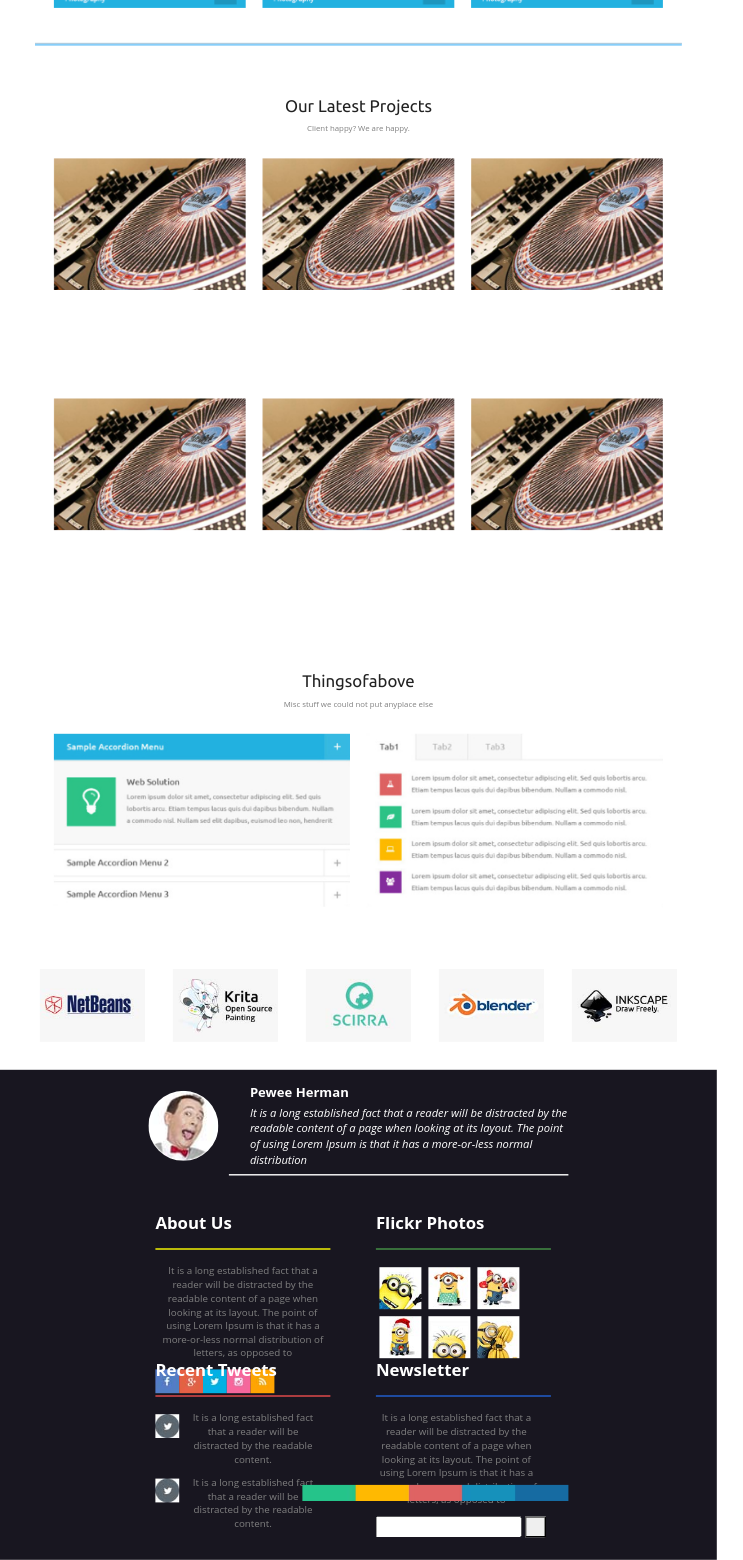
Repository: RenataDzotova/Metrolics-Renata-Beyonce
Page: index.html
These files come from the project's save history. The page is drawn as it stood at one moment and after the next save; the edit follows.
The browser window is 1024 px wide. The page is 1062 px wide, so the pictures cover 1062 px, including what lies to the right of the window. The pictures show the part of the page from y = 1646 to 3886 px (the page is 3874 px tall before and 3886 px after), at 70% of full size.
Some web fonts or font styles are not loaded; a fallback is used.

Above is the page before, as saved 2022-02-02 18:02:16.

After the next save:
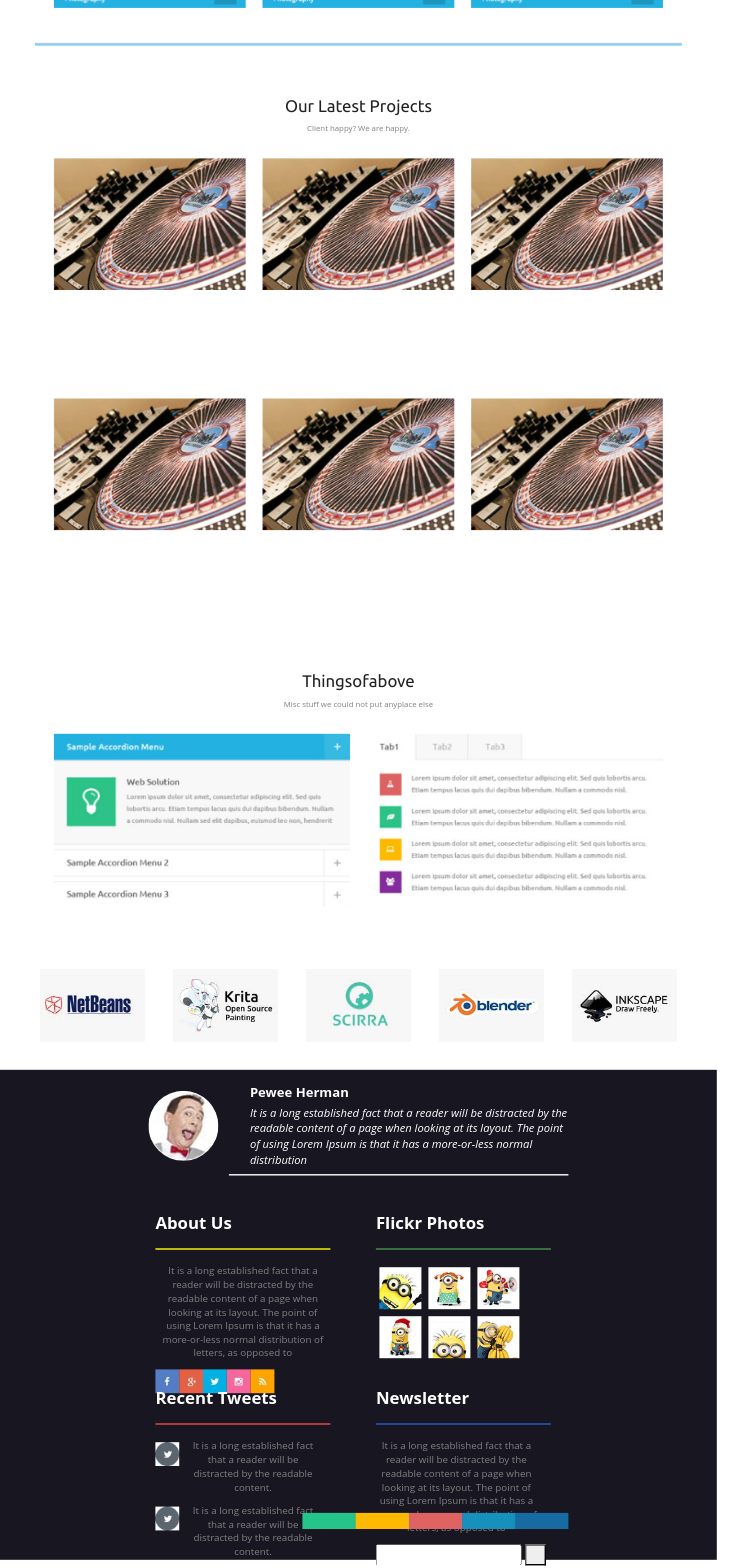
Saved 10 s later.
--- a/css/renata.css
+++ b/css/renata.css
@@ -393,7 +393,7 @@
         grid-template-columns: auto auto;
         grid-template-rows: 150px 150px;
         width: 600px;
-        grid-gap: 60px 10px;
+        grid-gap: 100px 10px;
         padding: 10px;
     }
 
